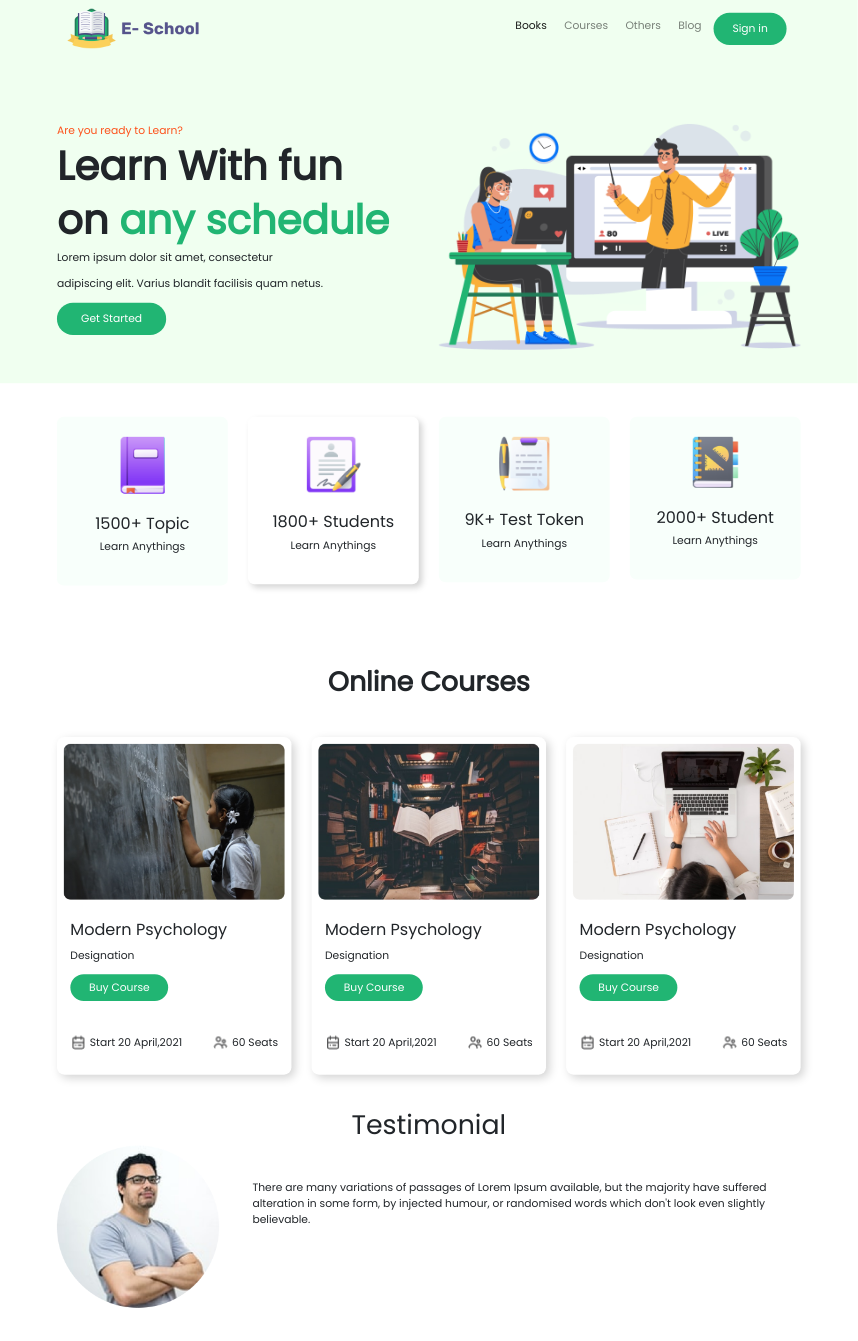
Repository: mohsinfarabi/e-school
Page: index.html
The author's editor kept a copy of each file at every save. The page is drawn from the files as they stood at one save, then again after a run of saves.
The browser window is 1280 px wide. The pictures show the whole page, at 67% of full size.

Above is the page before, as saved 2020-07-09 19:03:22.

### index.html
<!DOCTYPE html>
<html lang="en">

<head>
    <meta charset="UTF-8">
    <meta name="viewport" content="width=device-width, initial-scale=1.0">
    <link rel="stylesheet" href="css/bootstrap/css/bootstrap.min.css">
    <link rel="stylesheet" href="style.css">
    <link href="https://fonts.googleapis.com/css2?family=Poppins" rel="stylesheet">
    <title>E-School</title>
</head>

<body>
    <section class="top-part">
        <div class="container">
            <nav class="navbar navbar-expand-lg navbar-light bg-transparent">
                <a class="navbar-brand" href="#"><img src="images/icon/Logo.png " alt=" "></a>
                </a>
                <button class="navbar-toggler" type="button" data-toggle="collapse" data-target="#navbarNav" aria-controls="navbarNav" aria-expanded="false" aria-label="Toggle navigation">
                  <span class="navbar-toggler-icon"></span>
                </button>

                <div class="collapse navbar-collapse" id="navbarNav">
                    <ul class="navbar-nav ml-auto">
                        <li class="nav-item active ">
                            <a class="nav-link " href="#books ">Books</a>
                        </li>
                        <li class="nav-item ">
                            <a class="nav-link " href="#courses ">Courses</a>
                        </li>
                        <li class="nav-item ">
                            <a class="nav-link " href="#others ">Others</a>
                        </li>
                        <li class="nav-item ">
                            <a class="nav-link " href="#blog ">Blog</a>
                        </li>
                        <li class="nav-item ">
                            <button class="btn btn-success sign-in">Sign in</button>
                        </li>

                    </ul>
                </div>

            </nav>
        </div>
        <div class="container">
            <div class="row top">
                <div class="col-md-6 content-position">

                    <h5>Are you ready to Learn?</h5>
                    <h1>Learn With fun </h1>
                    <h1>on <span class="highlight"> any schedule</span></h1>

                    <p>Lorem ipsum dolor sit amet, consectetur </p>
                    <p>adipiscing elit. Varius blandit facilisis quam netus.</p>

                    <button class="btn btn-success get-started">Get Started</button>

                </div>
                <div class="col-md-6 d-flex justify-content-center">

                    <img src="images/Photos/Illustration.png" alt="" class="img-fluid">
                </div>
            </div>
        </div>
    </section>

    <div class="container">
        <div class="row">
            <div class="col-md-3">
                <div class="cat1 d-flex flex-column justify-content-center align-items-center">

                    <img src="images/icon/book.png" alt="">

                    <h4>1500+ Topic</h4>
                    <p>Learn Anythings</p>
                </div>
            </div>
            <div class="col-md-3">
                <div class="cat2 d-flex flex-column justify-content-center align-items-center">

                    <img src="images/icon/Student.png" alt="">

                    <h4>1800+ Students</h4>
                    <p>Learn Anythings</p>
                </div>
            </div>
            <div class="col-md-3">
                <div class="cat3 d-flex flex-column justify-content-center align-items-center">

                    <img src="images/icon/Test.png" alt="">

                    <h4>9K+ Test Token</h4>
                    <p>Learn Anythings</p>
                </div>
            </div>
            <div class="col-md-3">
                <div class="cat4 d-flex flex-column justify-content-center align-items-center">

                    <img src="images/icon/Students.png" alt="">

                    <h4>2000+ Student</h4>
                    <p>Learn Anythings</p>

                </div>
            </div>
        </div>
    </div>

    <div class="container course">
        <h1>Online Courses</h1>
        <div class="card-deck">
            <div class="card">
                <img src="images/Photos/Morder pyschology.png" class="card-img-top" alt="...">
                <div class="card-body">
                    <h4 class="card-title">Modern Psychology</h4>
                    <p class="card-text">Designation</p>
                    <button class="btn btn-success buy-course">Buy Course</button>
                    <div class="card-bottom d-flex justify-content-between align-self-center">
                        <div class="d-flex justify-content-between">
                            <img src="images/icon/calendar.png" alt="">
                            <p>Start 20 April,2021</p>
                        </div>
                        <div class="d-flex justify-content-between">
                            <img src="images/icon/people.png" alt="">
                            <p>60 Seats</p>
                        </div>

                    </div>
                </div>

            </div>
            <div class="card">
                <img src="images/Photos/Morder psyc.png" class="card-img-top" alt="...">
                <div class="card-body">
                    <h4 class="card-title">Modern Psychology</h4>
                    <p class="card-text">Designation</p>
                    <button class="btn btn-success buy-course">Buy Course</button>
                    <div class="card-bottom d-flex justify-content-between align-self-center">
                        <div class="d-flex justify-content-between">
                            <img src="images/icon/calendar.png" alt="">
                            <p>Start 20 April,2021</p>
                        </div>
                        <div class="d-flex justify-content-between">
                            <img src="images/icon/people.png" alt="">
                            <p>60 Seats</p>
                        </div>

                    </div>
                </div>
            </div>
            <div class="card">
                <img src="images/Photos/Morder pychons.png" class="card-img-top" alt="...">
                <div class="card-body">
                    <h4 class="card-title">Modern Psychology</h4>
                    <p class="card-text">Designation</p>
                    <button class="btn btn-success buy-course">Buy Course</button>
                    <div class="card-bottom d-flex justify-content-between align-self-center">
                        <div class="d-flex justify-content-between">
                            <img src="images/icon/calendar.png" alt="">
                            <p>Start 20 April,2021</p>
                        </div>
                        <div class="d-flex justify-content-between">
                            <img src="images/icon/people.png" alt="">
                            <p>60 Seats</p>
                        </div>
                    </div>
                </div>
            </div>
        </div>
    </div>

    <div class="container testimonial">
        <h1>Testimonial</h1>
        <div class="testimonial-content d-flex align-content-center justify-content-between">
            <div>
                <img class="img-fluid w-70 d-flex flex-shrink-1" src="images/Photos/Man.png" alt="">
            </div>
            <div class="testimonial-text">
                <p>There are many variations of passages of Lorem Ipsum available, but the majority have suffered alteration in some form, by injected humour, or randomised words which don't look even slightly believable.</p>
            </div>
        </div>
    </div>












    <script src="https://code.jquery.com/jquery-3.5.1.slim.min.js " integrity="sha384-DfXdz2htPH0lsSSs5nCTpuj/zy4C+OGpamoFVy38MVBnE+IbbVYUew+OrCXaRkfj " crossorigin="anonymous "></script>
    <script src="https://cdn.jsdelivr.net/npm/popper.js@1.16.0/dist/umd/popper.min.js " integrity="sha384-Q6E9RHvbIyZFJoft+2mJbHaEWldlvI9IOYy5n3zV9zzTtmI3UksdQRVvoxMfooAo " crossorigin="anonymous "></script>
    <script src="https://stackpath.bootstrapcdn.com/bootstrap/4.5.0/js/bootstrap.min.js " integrity="sha384-OgVRvuATP1z7JjHLkuOU7Xw704+h835Lr+6QL9UvYjZE3Ipu6Tp75j7Bh/kR0JKI " crossorigin="anonymous "></script>
</body>

</html>

### style.css
    body {
        font-family: 'Poppins', sans-serif;
    }

    .container {
        margin-bottom: 50px;
    }
    /* Common Button Properties */

    .btn:focus {
        border: none;
        background: #21B573;
    }

    .btn:hover {
        border: none;
        background: #21B573;
    }

    .top-part {
        background-color: #F0FFF0;
    }

    .navbar img {
        width: 198.07px;
        height: 59px;
    }

    .nav-item {
        padding: 5px;
        color: black;
    }

    .sign-in {
        padding: 12px 28px;
        border: none;
        background: #21B573;
        border-radius: 33px;
        color: white;
    }
    /* Banner Section */

    .content-position {
        margin-top: 50px;
    }

    .top {
        padding-bottom: 50px;
    }

    .top h5 {
        font-size: medium;
        color: #FD511A;
    }

    .top h1 {
        font-weight: 900;
        font-size: 60px;
    }

    .top img {
        margin-top: 50px;
    }

    .highlight {
        color: #21B573;
    }

    .get-started {
        padding: 12px 36px;
        border: none;
        background: #21B573;
        border-radius: 33px;
        color: white;
    }
    /* Second Section */

    .cat1,
    .cat2,
    .cat3,
    .cat4 {
        padding: 30px;
        border-radius: 10px;
        border: none;
        margin-bottom: 20px;
    }

    .cat2 {
        box-shadow: 5px 5px 10px lightgray;
    }

    .cat1,
    .cat3,
    .cat4 {
        background-color: #F8FFFB;
    }

    .cat1 img {
        width: 66px;
        height: 85px;
        margin-bottom: 30px;
    }

    .cat2 img {
        width: 80px;
        height: 83px;
        margin-bottom: 30px;
    }

    .cat3 img {
        width: 75px;
        height: 80px;
        margin-bottom: 30px;
    }

    .cat4 img {
        width: 68px;
        height: 76px;
        margin-bottom: 30px;
    }

    .cat h4 {
        font-weight: 700;
    }
    /* Courses Card Section */

    .course h1 {
        text-align: center;
        font-weight: 900;
        padding: 50px 0px;
    }

    .card img {
        border-radius: 11px;
        padding: 10px;
    }

    .card {
        border: none;
        border-radius: 11px;
        box-shadow: 5px 5px 15px lightgray;
    }

    .card-footer {
        background-color: white;
        border-top: none;
        border-radius: 10px;
    }

    .buy-course {
        border: none;
        background: #21B573;
        border-radius: 33px;
        color: white;
        margin-bottom: 20px;
        padding: 8px 28px;
    }

    .card-bottom {
        margin-top: 30px;
    }

    .card-bottom img {
        height: 24px;
        width: 24px;
        padding: 0;
        margin-right: 5px;
    }

    .testimonial {
        text-align: center;
    }

    .testimonial-content img {
        height: auto;
    }

    .testimonial-text {
        padding: 50px;
        text-align: left;
    }

Loaded but not shown: css/bootstrap/css/bootstrap.min.css (library)

After the next 2 saves:
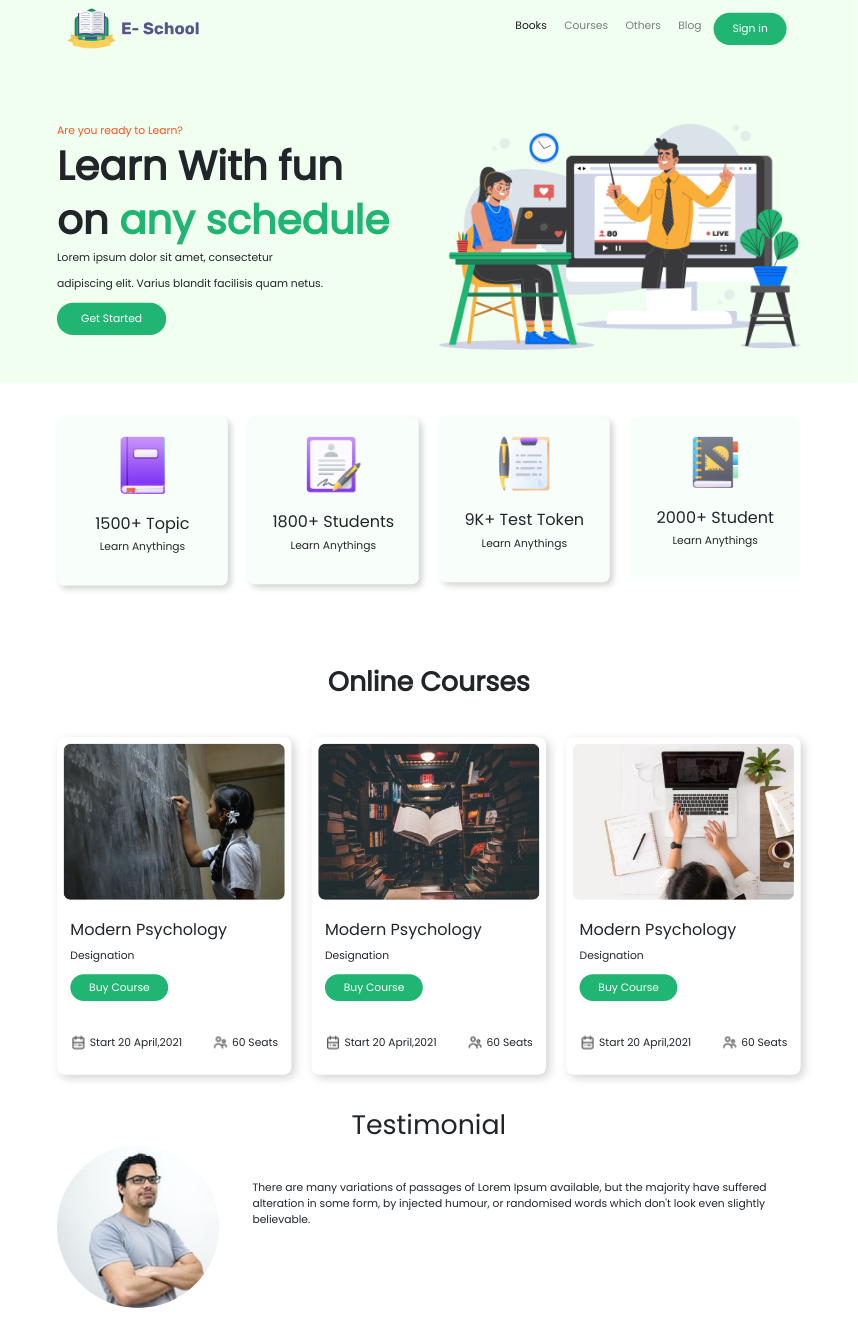
The 2 saves are shown as one change because they came seconds apart.
The last was saved 72 s later.
--- a/style.css
+++ b/style.css
@@ -83,16 +83,14 @@
         border-radius: 10px;
         border: none;
         margin-bottom: 20px;
-    }
-
-    .cat2 {
-        box-shadow: 5px 5px 10px lightgray;
+        background-color: #F8FFFB;
     }
 
     .cat1,
+    .cat2,
     .cat3,
-    .cat4 {
-        background-color: #F8FFFB;
+    .cat4:hover {
+        box-shadow: 5px 5px 10px lightgray;
     }
 
     .cat1 img {
